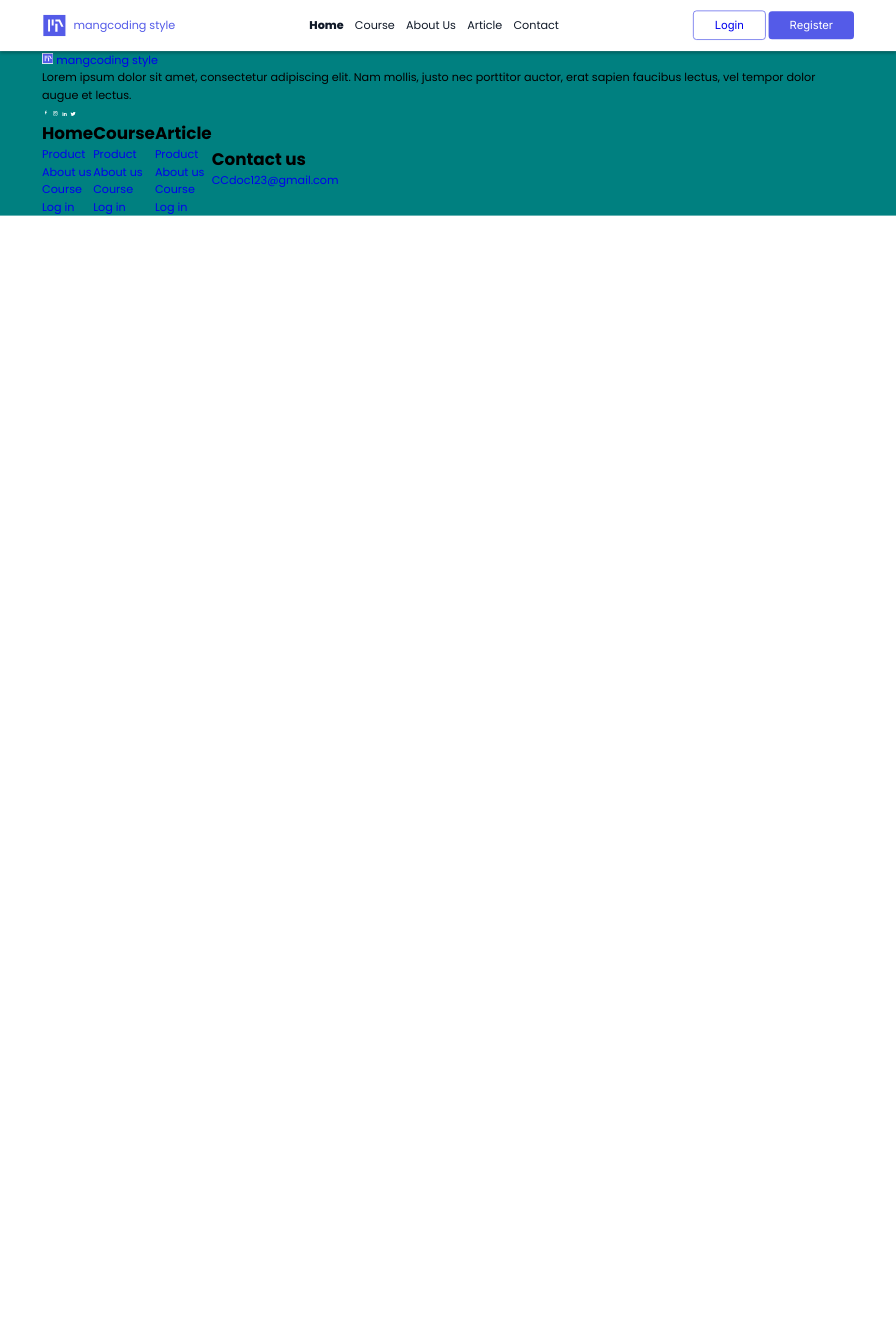
Repository: Dania-Alqam/landing-page
Page: index.html
These files come from the project's save history. The page is drawn as it stood at one moment and after a run of saves; the edit follows.
The browser window is 1280 px wide. The pictures show the part of the page from y = 0 to 1920 px (the page is 5000 px tall), at 70% of full size.

Above is the page before, as saved 2024-06-21 23:41:18.

After the next 2 saves:
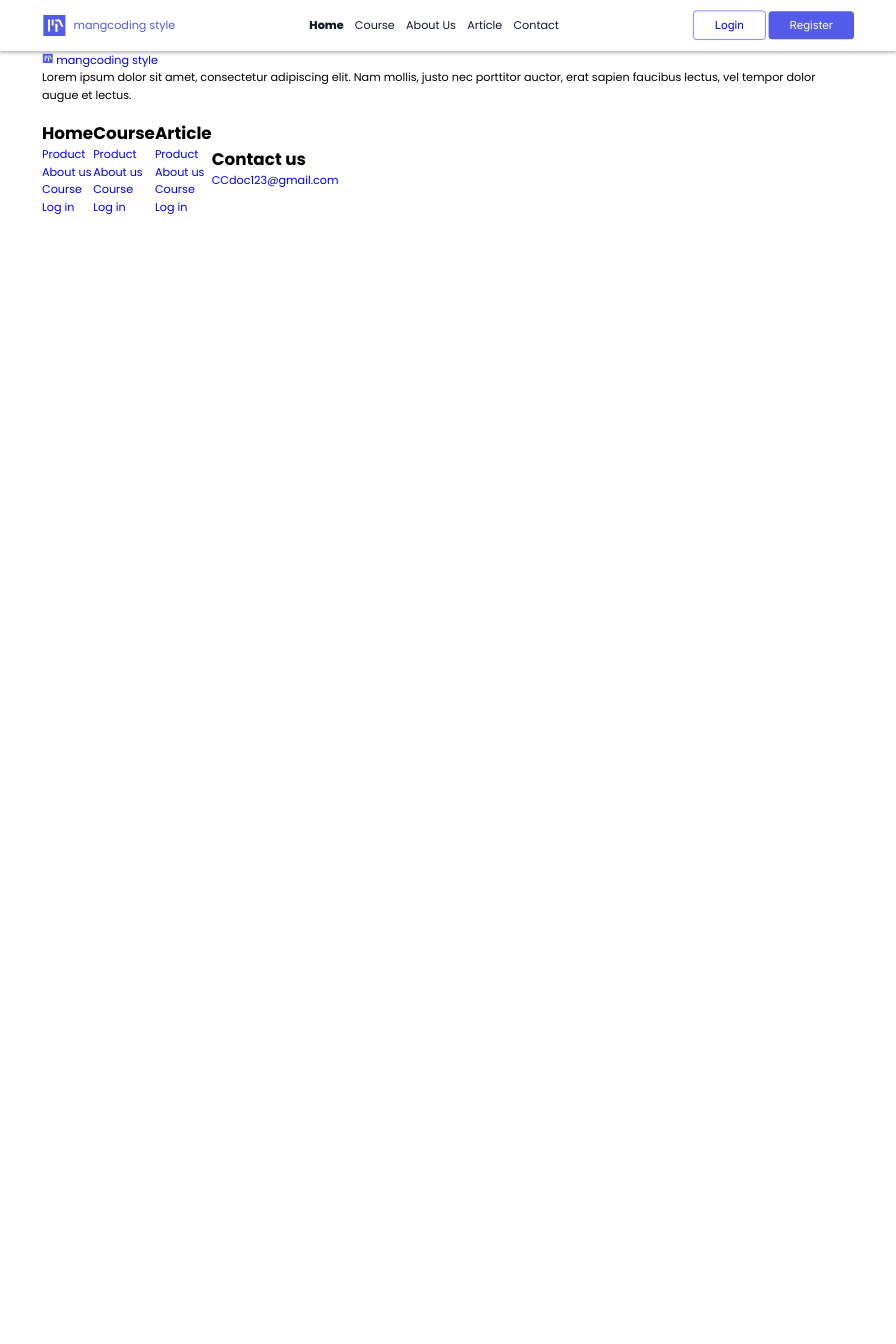
The 2 saves are shown as one change because they came seconds apart.
The last was saved 8 s later.
--- a/assests/css/main.css
+++ b/assests/css/main.css
@@ -59,6 +59,7 @@
         display: none;
     }
 }
+/* end
 .footer{
     background-color: teal;
 }

After the 6 saves that followed:
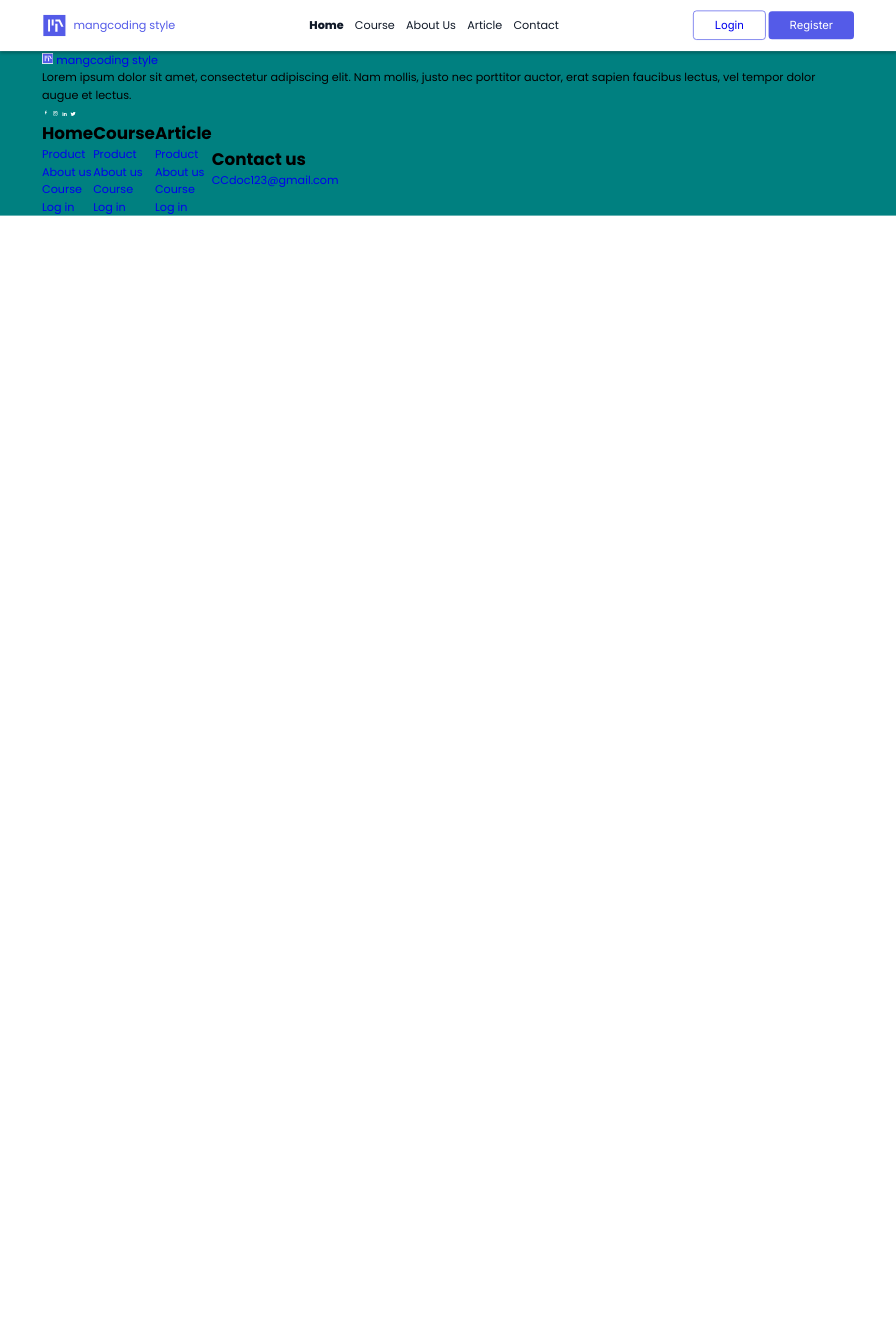
The 6 saves are shown as one change because they came seconds apart.
The last was saved 17 s later.
--- a/assests/css/main.css
+++ b/assests/css/main.css
@@ -59,7 +59,10 @@
         display: none;
     }
 }
-/* end
+/* end header */
+
+/* start footer */
 .footer{
     background-color: teal;
 }
+/*/
